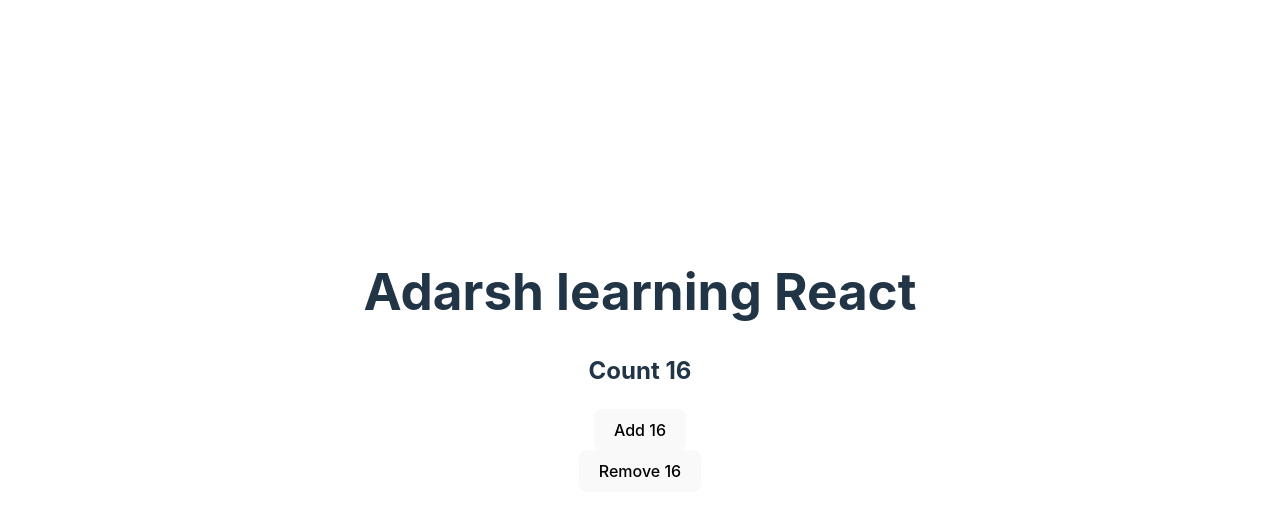
Repository: Adarshjeet0/ReactJs
Page: / (app in customReact/Counter/)
An editor plug-in stored every save of this project. The page is shown before and after a run of saves, followed by the edit.
The browser window is 1280 px wide. The pictures show the whole page.
The project was rebuilt for these pictures with package versions that can differ from the ones it lists, and the page was loaded fresh each time. Also part of the build but not shown: customReact/Counter/vite.config.js.

Above is the page before, as saved 2024-11-30 21:56:03.

After the next 3 saves:
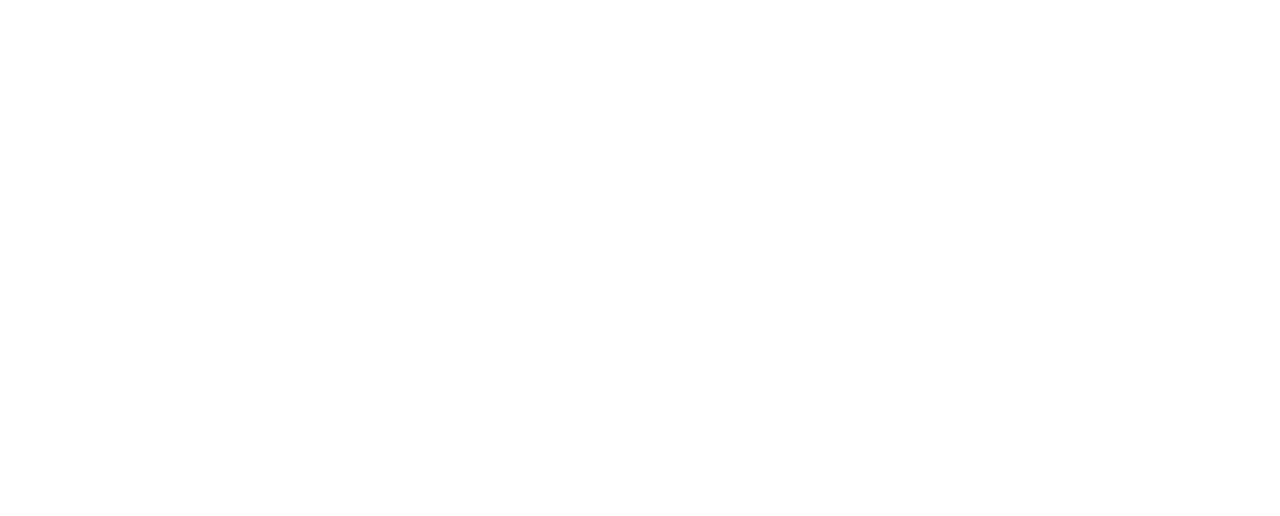
Console error: ReferenceError: removeValue is not defined
The 3 saves are shown as one change because they came seconds apart.
The last was saved 34 s later.
--- a/customReact/Counter/src/App.jsx
+++ b/customReact/Counter/src/App.jsx
@@ -18,7 +18,7 @@
       <h2>Count {counter}</h2>
       <button onClick={addValue}>Add {counter}</button>
       <br />
-      <button>Remove {counter}</button>
+      <button onClick={removeValue}>Remove {counter}</button>
     </>
   )
 }

After the 3 saves that followed:
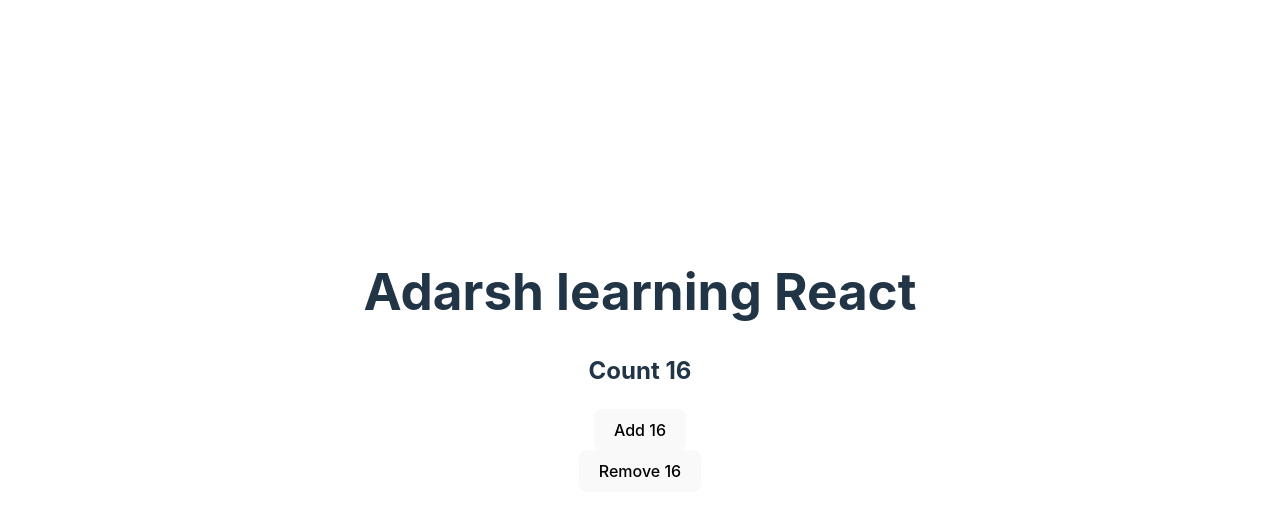
The error is gone.
The 3 saves are shown as one change because 1 did not build or start and some came seconds apart.
The last was saved 17 s later.
--- a/customReact/Counter/src/App.jsx
+++ b/customReact/Counter/src/App.jsx
@@ -8,6 +8,11 @@
   // let counter = 5;
   const addValue = ()=>{
     setCounter(counter+1)
+    // console.log("Value added ", counter);
+
+  }
+  const removeValue = ()=>{
+    setCounter(counter-1)
     // console.log("Value added ", counter);
 
   }
